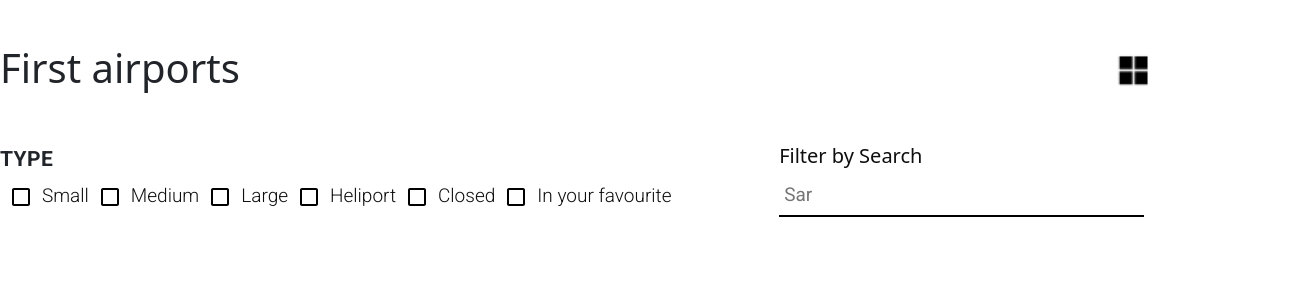
Repository: Rubin78/Firstairport
Page: /
These files come from the project's save history. The page is drawn as it stood at one moment and after the next save; the edit follows.
The browser window is 1280 px wide. The page is 1295 px wide, so the pictures cover 1295 px, including what lies to the right of the window. The pictures show the whole page.
The page's requests for data from a server got no answer. The project was rebuilt for these pictures with package versions that can differ from the ones it lists, and the page was loaded fresh each time. No one was signed in, and anything a server would have sent is missing.

Above is the page before, as saved 2021-03-29 16:34:42.

### src/App.js




/* import React,{useEffect,useState} from 'react';
import axios from "axios";
import DataTable from "./DataTable";

const App = () => {

   const [task, setTask] = useState({});
   const [taskListingData, setTaskListingData] = useState({});

   useEffect(() => {
     axios
       .get("https://datatable-1274e-default-rtdb.firebaseio.com/.json")
       .then((res) => {
         setTaskListingData(res.data);
       })
       .catch((err) => {
         console.log(err);
       });
   }, []);

   const handleTask = () => {
     setTask("ok");
   };
  return (
    <div>
      {taskListingData &&
        Object.entries(taskListingData).map((task) => (
          <>
            {task.map((item) => (
              <div key={item[0]}>
                <table>
                  <tbody>
                    <tr>
                      <th>{item.name}</th>
                      <th>{item.name}</th>
                      <th>{item.name}</th>
                    </tr>
                  </tbody>
                </table>
              </div>
            ))}
          </>
        ))}
    </div>
  );
};

export default App;  */




/* import React, { useState, useEffect } from "react";
import axios from "axios";
import { MDBContainer, MDBRow, MDBCol, MDBBtn, MDBInput, Col ,image,Row} from "mdbreact";
import "bootstrap-css-only/css/bootstrap.min.css";
import "mdbreact/dist/css/mdb.css";
import "./App.css";


import Checkbox from "@material-ui/core/Checkbox";
const App = () => {
  const [data, setData] = useState([]);
const [searchTerm, setsearchTerm] = useState("");
  useEffect(() => {
    axios
      .get("https://jsonplaceholder.typicode.com/users")
      .then((response) => {
        setData(response.data);
      })

      .catch((error) => {
        console.log(error);
      });
  });

  return (
    <div>
      <div>
        <Row className="banner">
          <div className="col-10 bannerinside">
            <div>
              <h1>
                First <span>airports</span>
              </h1>
            </div>
          </div>

          <div className="col-2">
            <img src={require("./assests/iconss.png")} />
          </div>
        </Row>
      </div>
      <div>
        <Row className="checkboxmain">
          <div className="col-7 bannercheckbox">

            <div className="typetext">TYPE</div>
            <Row>
              <Col>
                <Checkbox
                  className="changecolr"
                  inputProps={{
                    "aria-label": "uncontrolled-checkbox",
                    background: "black",
                  }}
                />
                <label>Small</label>
                <Checkbox
                  className="changecolr"
                  inputProps={{ "aria-label": "uncontrolled-checkbox" }}
                />
                <label>Medium</label>

                <Checkbox
                  className="changecolr"
                  inputProps={{ "aria-label": "uncontrolled-checkbox" }}
                />
                <label>Large</label>

                <Checkbox
                  className="changecolr"
                  inputProps={{ "aria-label": "uncontrolled-checkbox" }}
                />
                <label>Heliport</label>
                <Checkbox
                  className="changecolr"
                  inputProps={{ "aria-label": "uncontrolled-checkbox" }}
                />
                <label>Closed</label>

                <Checkbox
                  className="changecolr"
                  inputProps={{ "aria-label": "uncontrolled-checkbox" }}
                />
                <label>In your favourite</label>
              </Col>
            </Row>
          </div>
          <div className="col-5">


            <Col>
              <h5>Filter by Search</h5>
            </Col>
            <Col>
              <input
                placeholder="Sar"
                onChange={(event) => {
                  setsearchTerm(event.target.value);
                }}
              />
            </Col>
          </div>
        </Row>
      </div>

      <Row className="tablerbanner">
        <div className="col theader">Name</div>
        <div className="col theader">ICAO</div>
        <div className="col theader">IATA</div>
        <div className="col theader">Elev.</div>
        <div className="col theader">Lat.</div>
        <div className="col theader">Long.</div>
        <div className="col theader">Type</div>
      </Row>
      {data &&
        data.map((item) => (
          <div key={item.id}>
            <Col className="parentties">
              <Row>
                <div className="col ">{item.name}</div>
                <div className="col ">{item.name}</div>

                <div className="col">{item.name}</div>
                <div className="col">{item.name}</div>

                <div className="col">{item.name}</div>
                <div className="col">{item.name}</div>
                <div className="col">{item.name}</div>
              </Row>
            </Col>
          </div>
        ))}
    </div>
  );
};

export default App;


 */








import React,{useState,useEffect} from 'react';
import axios from "axios";
import DataTable from './DataTable';

import {
  MDBContainer,
  MDBRow,
  MDBCol,
  MDBBtn,
  MDBInput,
  Col,
  image,
  Row,
} from "mdbreact";
import "bootstrap-css-only/css/bootstrap.min.css";
import "mdbreact/dist/css/mdb.css";
import "./App.css";

import Checkbox from "@material-ui/core/Checkbox";

 function App(props) {
const [data, setData] = useState([])
const [q, setQ] = useState("");
const [searchTerm, setsearchTerm] = useState("");


    useEffect(() => {
      axios
        .get("https://datatable-1274e-default-rtdb.firebaseio.com/.json")
        .then((response) => {
          setData(response.data);
        }, [])

        .catch((error) => {
          console.log(error);
        });
    }


    );
function search(rows) {
  return rows.filter((row) => row.name.toLowerCase().indexof(q) > -1);
}

  return (
    <div>
      {/*
      <div>
        <input type="text" value={q} onChange={(e) => setQ(e.target.value)} />
      </div> */}

      <div>
        <Row className="banner">
          <div className="col-10 bannerinside">
            <div>
              <h1>
                First <span>airports</span>
              </h1>
            </div>
          </div>

          <div className="col-2">
            <img src={require("./assests/iconss.png")} />
          </div>
        </Row>
      </div>
      <div>
        <Row className="checkboxmain">
          <div className="col-7 bannercheckbox">
            <div className="typetext">TYPE</div>
            <Row>
              <Col>
                <Checkbox
                  className="changecolr"
                  inputProps={{
                    "aria-label": "uncontrolled-checkbox",
                    background: "black",
                  }}
                />
                <label>Small</label>
                <Checkbox
                  className="changecolr"
                  inputProps={{ "aria-label": "uncontrolled-checkbox" }}
                />
                <label>Medium</label>

                <Checkbox
                  className="changecolr"
                  inputProps={{ "aria-label": "uncontrolled-checkbox" }}
                />
                <label>Large</label>

                <Checkbox
                  className="changecolr"
                  inputProps={{ "aria-label": "uncontrolled-checkbox" }}
                />
                <label>Heliport</label>
                <Checkbox
                  className="changecolr"
                  inputProps={{ "aria-label": "uncontrolled-checkbox" }}
                />
                <label>Closed</label>

                <Checkbox
                  className="changecolr"
                  inputProps={{ "aria-label": "uncontrolled-checkbox" }}
                />
                <label>In your favourite</label>
              </Col>
            </Row>
          </div>
          <div className="col-5">
            <Col>
              <h5>Filter by Search</h5>
            </Col>
            <Col>
              <input
                placeholder="Sar"
                onChange={(event) => {
                  setsearchTerm(event.target.value);
                }}
              />
            </Col>
          </div>
        </Row>
      </div>
      <div>
        <DataTable data={data} />
      </div>
    </div>
  );
}

export default App;

### src/DataTable.js
import { Component } from "react";
import "./App.css";

import React from 'react';
function DataTable({data}) {
    const columns = data[0] && Object.keys(data[0]);

    return (
      <table cellPadding={0} cellSpacing={0}>
        <thead>
          <tr>
            {data[0] &&
              columns.map((heading) => <th className="thead">{heading}</th>)}
          </tr>
        </thead>

        <tbody>
          {data.map((row) => (
            <tr>
              {columns.map((column) => (
                <td>{row[column]}</td>
              ))}
            </tr>
          ))}
        </tbody>
      </table>
    );
}

export default DataTable;

### src/App.css
/* .App {
  text-align: center;
}

.App-logo {
  height: 40vmin;
  pointer-events: none;
}

@media (prefers-reduced-motion: no-preference) {
  .App-logo {
    animation: App-logo-spin infinite 20s linear;
  }
}

.App-header {
  background-color: #282c34;
  min-height: 100vh;
  display: flex;
  flex-direction: column;
  align-items: center;
  justify-content: center;
  font-size: calc(10px + 2vmin);
  color: white;
}

.App-link {
  color: #61dafb;
}

@keyframes App-logo-spin {
  from {
    transform: rotate(0deg);
  }
  to {
    transform: rotate(360deg);
  }
}



 */



#customers {
  font-family: Arial, Helvetica, sans-serif;
  border-collapse: collapse;
  width: 100%;
}

.col.parentties{
  border: 1px solid #ddd;
  padding: 15px;
}

  .parentties:nth-child(even){background-color: red;}



col {
  padding-top: 12px;
  padding-bottom: 12px;
  text-align: left;
  background-color: #4CAF50;
  color: white;
}


/* .theader */
 th {
    padding: 25px 25px;

    font-size: 21px;
    font-weight: bolder;
}
.table.th{
    font-size: 21px;
    padding: 20px;
    font-weight: bolder;
}

.typetext{

  font-size: 21px;
  font-weight: bold;
  letter-spacing: 0.02em;
}
table {
  border-collapse: collapse;
  border: 1px solid black;
}

td {
  border: 1px solid black;

  font-size: 21px;
  font-weight: bold;
  letter-spacing: 0.02em;
}

table {
  table-layout: auto;
  width: 100%;
}





h1 {
    font-family: system-ui;
    font-size: 4rem;
        font-weight: bold;

}
.row.banner {
    height: 20vh;
}

.col-10.bannerinside{
    display: flex;
    align-items: center;
}

.checkboxh{
  height: 15vh;
  align-items: center;
}

.checkboxmain{
  height: 13vh;
}
h5 {
    font-weight: bold;
    font-size: 1.75rem;
    font-family: 'system-ui';

}


input {
    width: 75%;
    padding: 5px;
    border: 0;
    border-bottom: 2px solid black;
}


.tablerbanner{
  background-color: #c4c4c4;
}

span.MuiButtonBase-root.MuiIconButton-root.PrivateSwitchBase-root-1.MuiCheckbox-root.MuiCheckbox-colorSecondary.changecolr.PrivateSwitchBase-checked-2.Mui-checked.MuiIconButton-colorSecondary {
    color: black;
}

.col-2 {
    display: flex;
    align-items: center;
}

textarea:focus, input:focus{
    outline: none;
}

.col {
    font-size: 19px;
    color: #0e0e0e;
    /* font-weight: 800; */
}

span.MuiIconButton-label {
    color: black;
}

Loaded but not shown: public/index.html (common file); src/index.js (common file); src/index.css (common file); src/serviceWorker.js (common file)

After the next save:
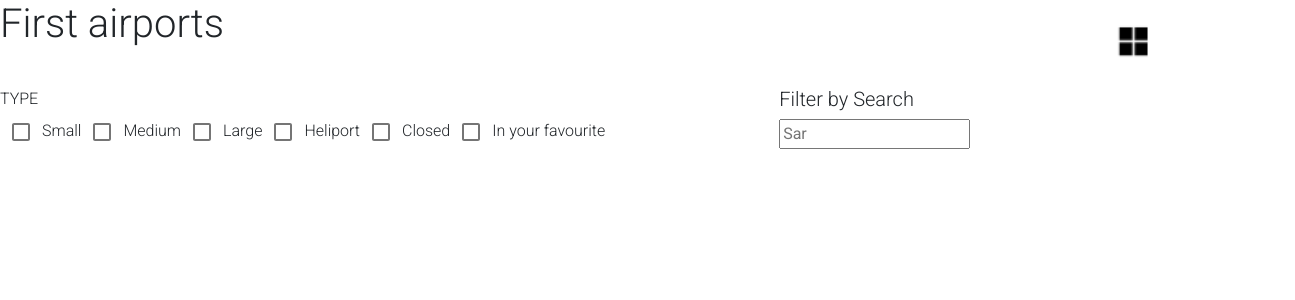
Saved 30 min 31 s later.
--- a/src/App.css
+++ b/src/App.css
@@ -66,14 +66,19 @@
   color: white;
 }
 
+th.thead {
+    font-size: 16px;
+    text-align: center;
+    font-weight: bold;
+
 
 /* .theader */
- th {
+ /* th {
     padding: 25px 25px;
 
     font-size: 21px;
     font-weight: bolder;
-}
+} */
 .table.th{
     font-size: 21px;
     padding: 20px;

After the 2 saves that followed:
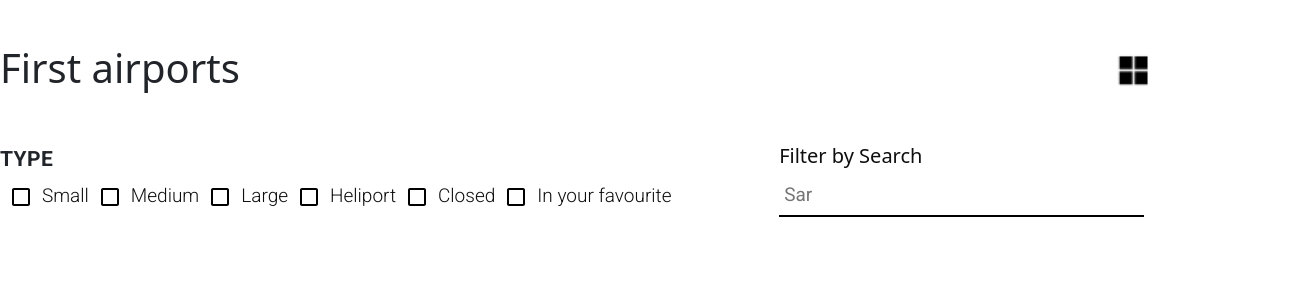
The 2 saves are shown as one change because 1 left the picture as it was.
The last was saved 14 s later.
--- a/src/App.css
+++ b/src/App.css
@@ -66,10 +66,6 @@
   color: white;
 }
 
-th.thead {
-    font-size: 16px;
-    text-align: center;
-    font-weight: bold;
 
 
 /* .theader */
@@ -85,6 +81,11 @@
     font-weight: bolder;
 }
 
+th.thead {
+    font-size: 16px;
+    text-align: center;
+    font-weight: bold;
+}
 .typetext{
 
   font-size: 21px;
